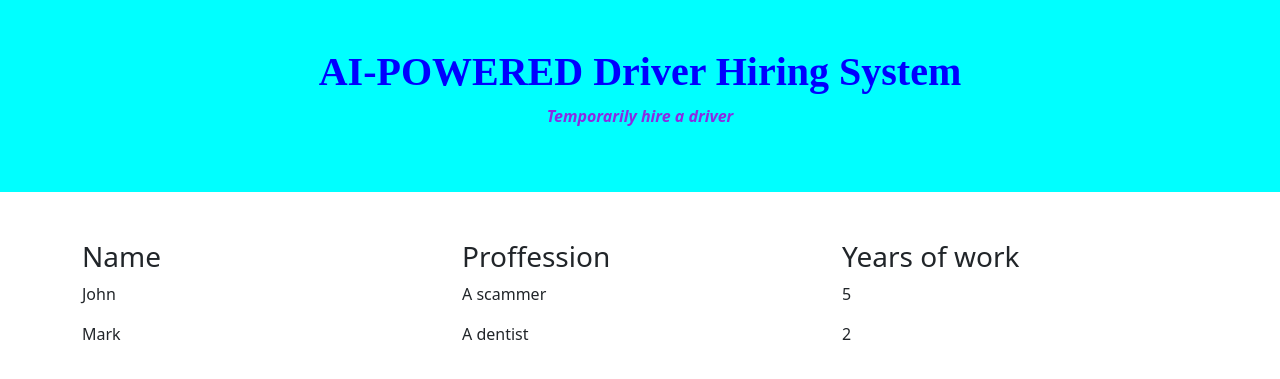
Repository: Wuda2000/AI-powered-Driver-hiring-system
Page: ONE.html
An editor plug-in stored every save of this project. The page is shown before and after the next save, followed by the edit.
The browser window is 1280 px wide. The pictures show the whole page.

Above is the page before, as saved 2024-12-23 22:29:38.

After the next save:
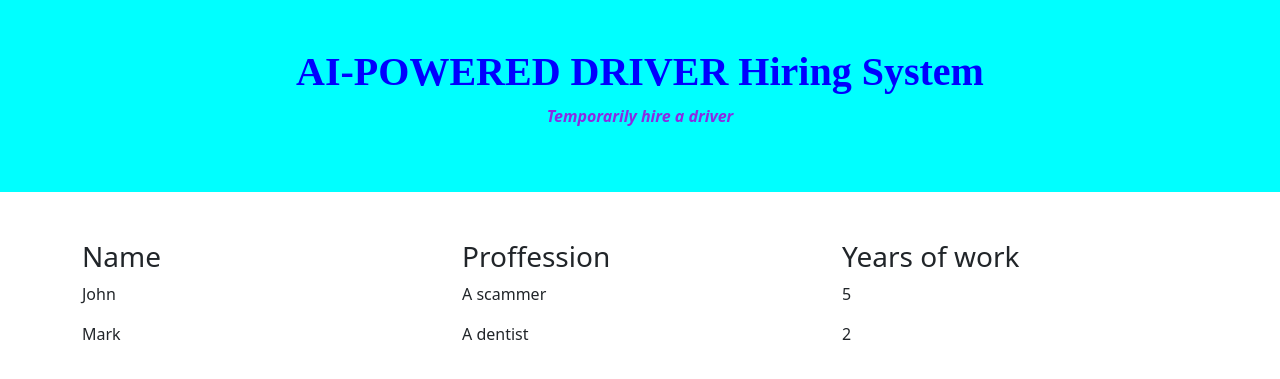
Saved 6 s later.
--- a/ONE.html
+++ b/ONE.html
@@ -11,7 +11,7 @@
 
 
     <div class="container-fluid p-5 text-white text-center" style="background-color: aqua;">
-        <h1 style="color: blue; font-family:'Times New Roman', Times, serif; " ><b>AI-POWERED Driver Hiring System</b></h1>
+        <h1 style="color: blue; font-family:'Times New Roman', Times, serif; " ><b>AI-POWERED DRIVER Hiring System</b></h1>
         <p style="color: blueviolet;font-style:italic;"><b>Temporarily hire a driver</b></p>
       </div>
 
